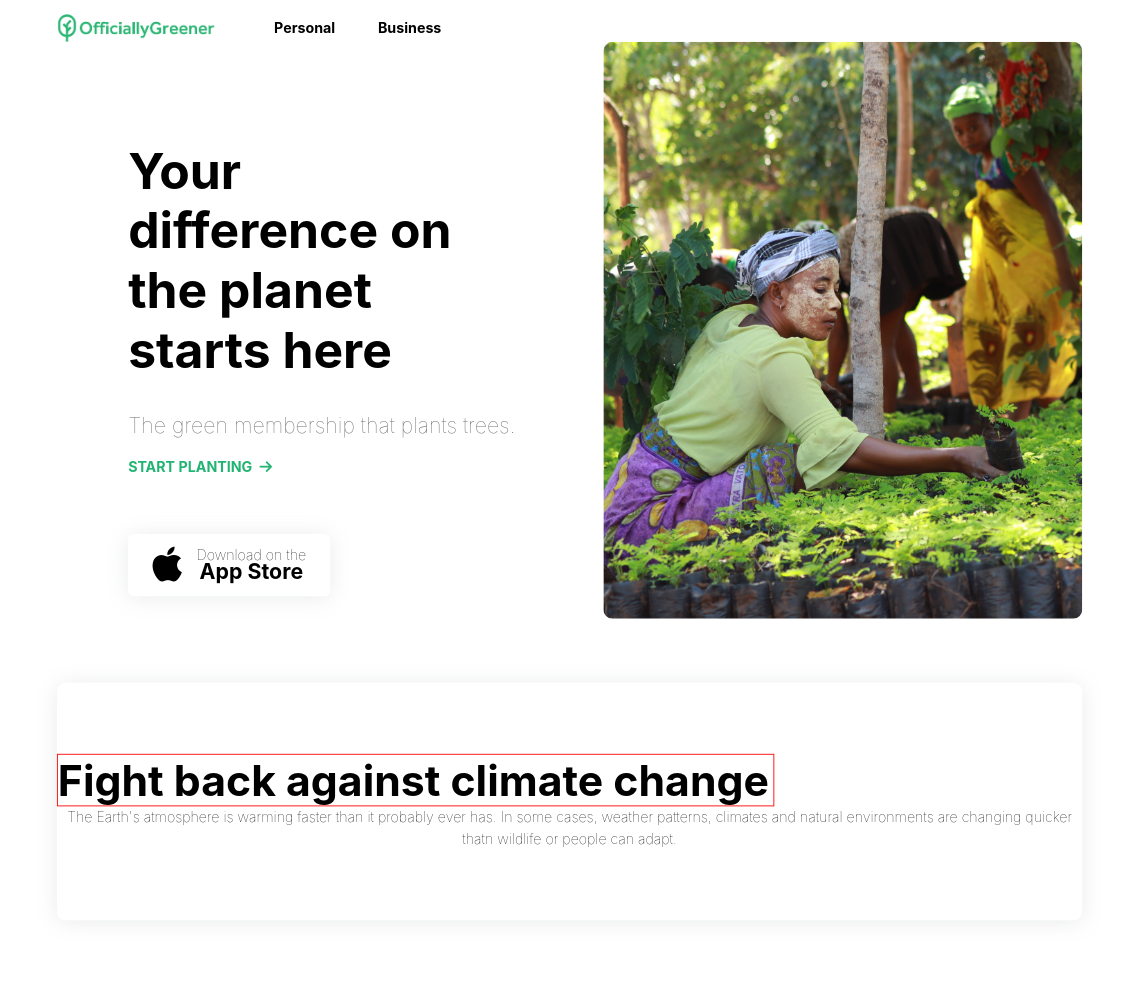
Repository: Sinkycode/Officially-Greener-v2
Page: index.html
These files come from the project's save history. The page is drawn as it stood at one moment and after the next save; the edit follows.
The browser window is 1280 px wide. The pictures show the whole page, at 89% of full size.
Some web libraries are served in a nearby version.

Above is the page before, as saved 2023-03-08 16:44:51.

After the next save:
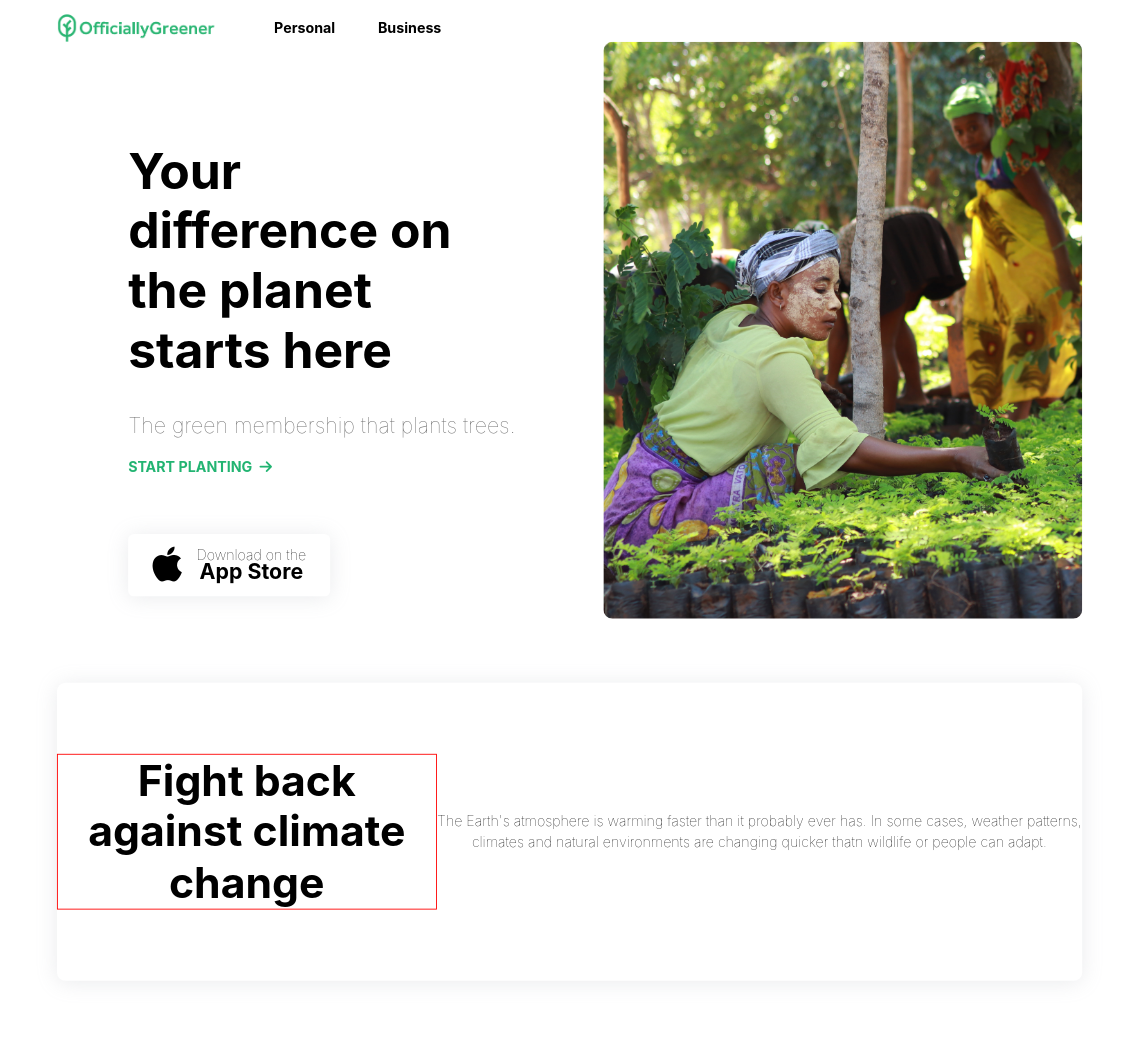
Saved 8 s later.
--- a/style.css
+++ b/style.css
@@ -221,9 +221,8 @@
   box-shadow: var(--box-shadow);
   padding-block: 5rem;
   /* padding-inline: 14rem; */
-  display: grid;
-  align-items: center;
-  justify-content: center;
+  display: flex;
+  align-items: center;
   text-align: center;
 }
 
